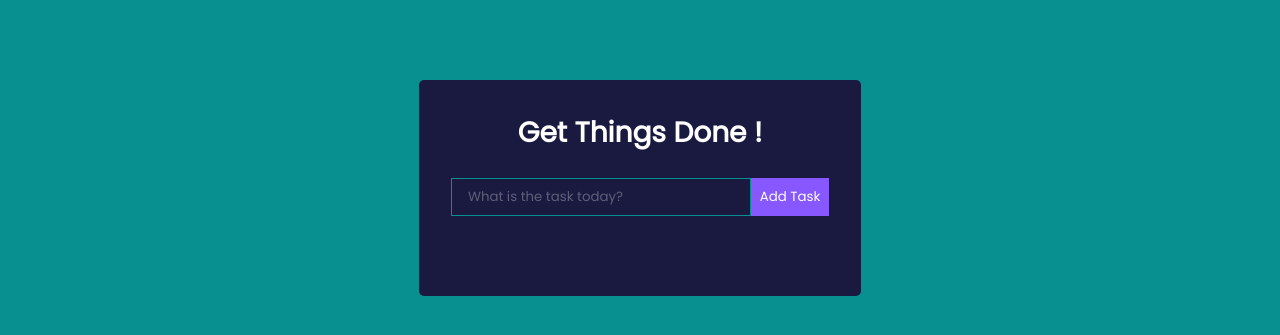
Repository: mfarhannr/Tugas-Reactjs_Farhan
Page: / (app in todolist-app-react-js/)
These files come from the project's save history. The page is drawn as it stood at one moment and after the next save; the edit follows.
The browser window is 1280 px wide. The pictures show the whole page.
The project was rebuilt for these pictures with package versions that can differ from the ones it lists, and the page was loaded fresh each time. Also part of the build but not shown: todolist-app-react-js/src/components/Todo.js, todolist-app-react-js/src/components/EditTodoForm.js.

Above is the page before, as saved 2024-05-10 14:13:15.

### todolist-app-react-js/src/App.css
@import url('https://fonts.googleapis.com/css2?family=Poppins&display=swap');

* {
  font-family: 'Poppins', sans-serif;
  margin: 0;
  padding: 0;
  box-sizing: border-box;
}

body {
  background: #088F8F;
  display: flex;
  justify-content: center;
  align-items: center;
}

.App {
  text-align: center;
}

h1 {
  color: #fff;
  margin-bottom: 0.5rem;
  font-size: 1.75rem;
}

.TodoWrapper {
  background: #1A1A40;
  margin-top: 5rem;
  padding: 2rem;
  border-radius: 5px;
}

.TodoForm {
  width: 100%;
  margin-bottom: 1rem;
}

.todo-input {
  outline: none;
  background: none;
  border: 1px solid #088F8F;
  padding: 0.5rem 1rem;
  margin-top: 1rem;
  margin-bottom: 2rem;
  width: 300px;
  color: #fff;
}

.todo-input::placeholder {
  color: #ffffff4d;
}

.todo-btn {
  background: #8758ff;
  color: #fff;
  border: none;
  padding: 0.55rem;
  cursor: pointer;
}

.Todo {
  display: flex;
  justify-content: space-between;
  align-items: center;
  background: #8758ff;
  color: #fff;
  padding: 0.75rem 1rem;
  border-radius: 5px;
  margin-bottom: 1rem;
}

.fa-trash {
  margin-left: 0.75rem;
}

.incompleted {
  color: #fff;
  cursor: pointer;
}

.completed {
  color: #c5aeff;
  text-decoration: line-through;
  cursor: pointer;
}

.edit-icon,
.delete-icon {
  cursor: pointer;
}

### todolist-app-react-js/src/components/TodoWrapper.js
import React, { useState } from "react";
import { Todo } from "./Todo";
import { TodoForm } from "./TodoForm";
import { v4 as uuidv4 } from "uuid";
import { EditTodoForm } from "./EditTodoForm";

export const TodoWrapper = () => {
  const [todos, setTodos] = useState([]);

  const addTodo = (todo) => {
    setTodos([
      ...todos,
      { id: uuidv4(), task: todo, completed: false, isEditing: false },
    ]);
  }

  const deleteTodo = (id) => setTodos(todos.filter((todo) => todo.id !== id));

  const toggleComplete = (id) => {
    setTodos(
      todos.map((todo) =>
        todo.id === id ? { ...todo, completed: !todo.completed } : todo
      )
    );
  }

  const editTodo = (id) => {
    setTodos(
      todos.map((todo) =>
        todo.id === id ? { ...todo, isEditing: !todo.isEditing } : todo
      )
    );
  }

  const editTask = (task, id) => {
    setTodos(
      todos.map((todo) =>
        todo.id === id ? { ...todo, task, isEditing: !todo.isEditing } : todo
      )
    );
  };

  return (
    <div className="TodoWrapper">
      <h1>Get Things Done !</h1>
      <TodoForm addTodo={addTodo} />
      {/* display todos */}
      {todos.map((todo) =>
        todo.isEditing ? (
          <EditTodoForm editTodo={editTask} task={todo} />
        ) : (
          <Todo
            key={todo.id}
            task={todo}
            deleteTodo={deleteTodo}
            editTodo={editTodo}
            toggleComplete={toggleComplete}
          />
        )
      )}
    </div>
  );
};

Loaded but not shown: todolist-app-react-js/public/index.html (common file); todolist-app-react-js/src/index.js (common file); todolist-app-react-js/src/App.js (common file); todolist-app-react-js/src/components/TodoForm.js (common file)

After the next save:
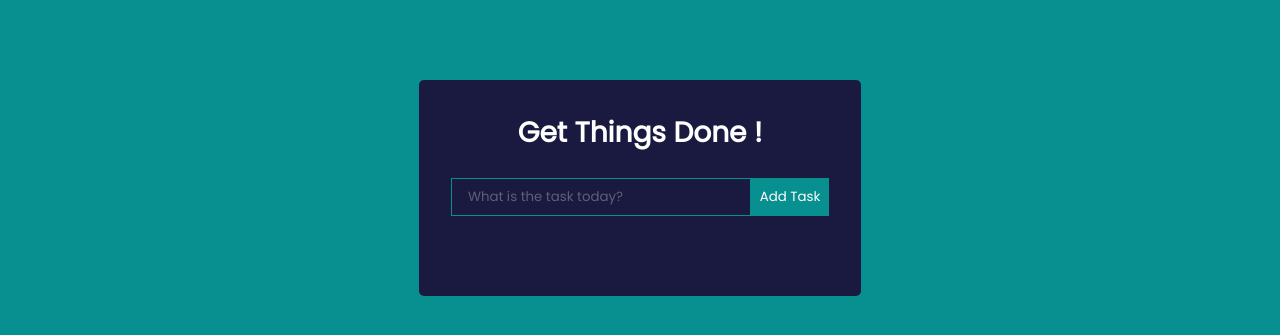
Saved 4 s later.
--- a/todolist-app-react-js/src/App.css
+++ b/todolist-app-react-js/src/App.css
@@ -52,7 +52,7 @@ h1 {
 }
 
 .todo-btn {
-  background: #8758ff;
+  background: #088F8F;
   color: #fff;
   border: none;
   padding: 0.55rem;
